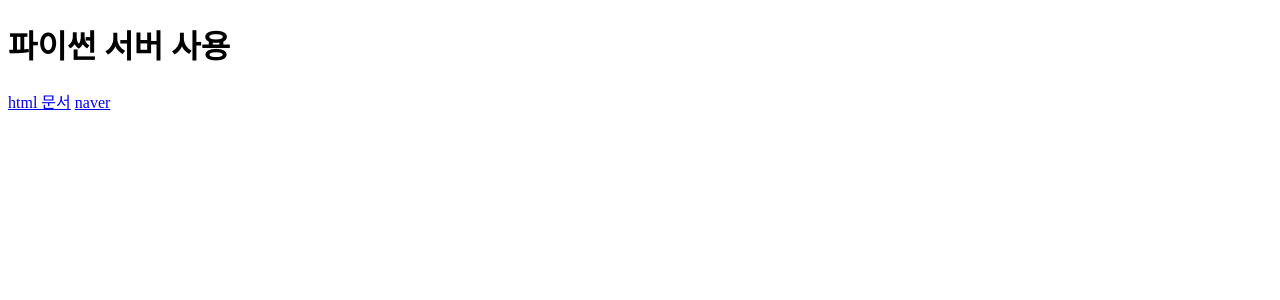
Repository: offbr/Python
Page: pynetwork/py_http/def.html
An editor plug-in stored every save of this project. The page is shown before and after the next save, followed by the edit.
The browser window is 1280 px wide. The pictures show the whole page.

Above is the page before, as saved 2016-11-03 02:24:13.

After the next save:
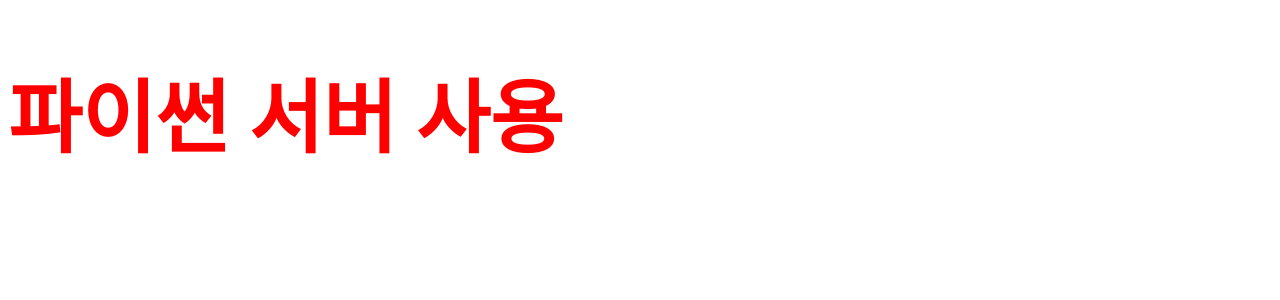
Saved 54 s later.
--- a/pynetwork/py_http/def.html
+++ b/pynetwork/py_http/def.html
@@ -5,8 +5,7 @@
 <title>Insert title here</title>
 </head>
 <body>
-<h1>파이썬 서버 사용</h1>
-<a href="def.html">html 문서</a>
-<a href="http://www.naver.com">naver</a>
+<h1 style="font-size: 80px; color: red">파이썬 서버 사용</h1>
+
 </body>
 </html>
